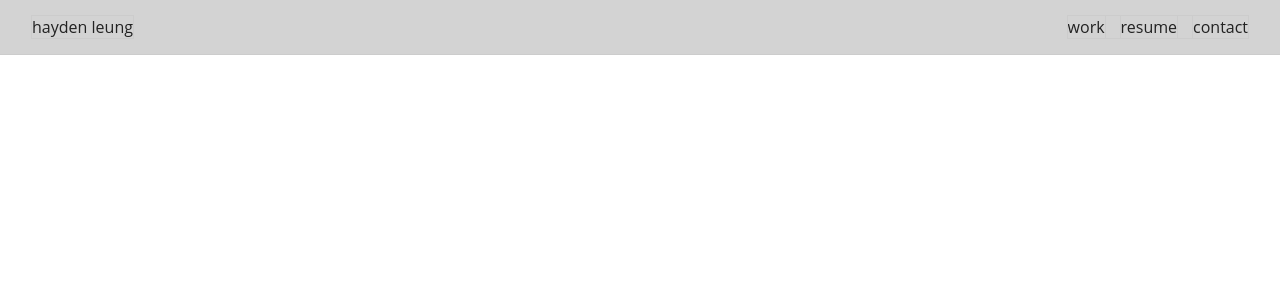
Repository: Haydenleung/Artifact
Page: /
An editor plug-in stored every save of this project. The page is shown before and after a run of saves, followed by the edit.
The browser window is 1280 px wide. The pictures show the whole page.
The project was rebuilt for these pictures with package versions that can differ from the ones it lists, and the page was loaded fresh each time. The framework's server and built-in components were replaced by stand-ins that run in the browser. Also part of the build but not shown: next.config.mjs.

Above is the page before, as saved 2024-01-26 22:45:30.

After the next 2 saves:
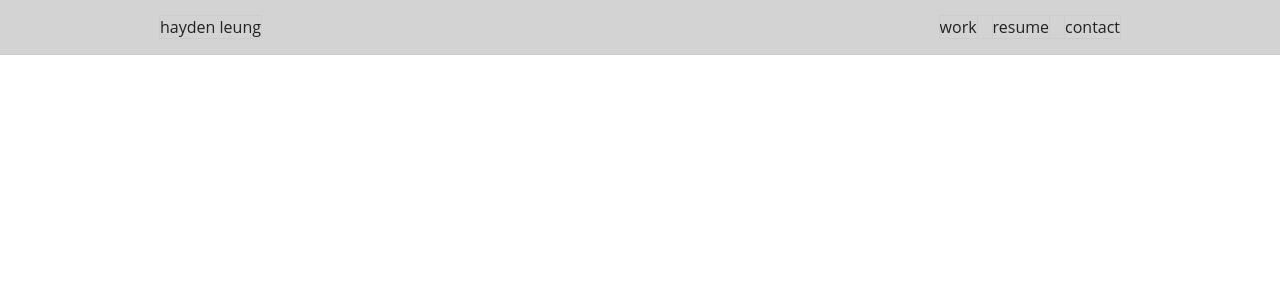
The 2 saves are shown as one change because they came seconds apart.
The last was saved 8 s later.
--- a/src/components/Navbar/navbar.module.css
+++ b/src/components/Navbar/navbar.module.css
@@ -2,7 +2,7 @@
     background-color: lightgrey;
     padding: 0.5rem;
     width: 100%;
-    padding: 1rem 2rem;
+    padding: 1rem 10rem;
     display: flex;
     flex-direction: row;
     justify-content: space-between;
